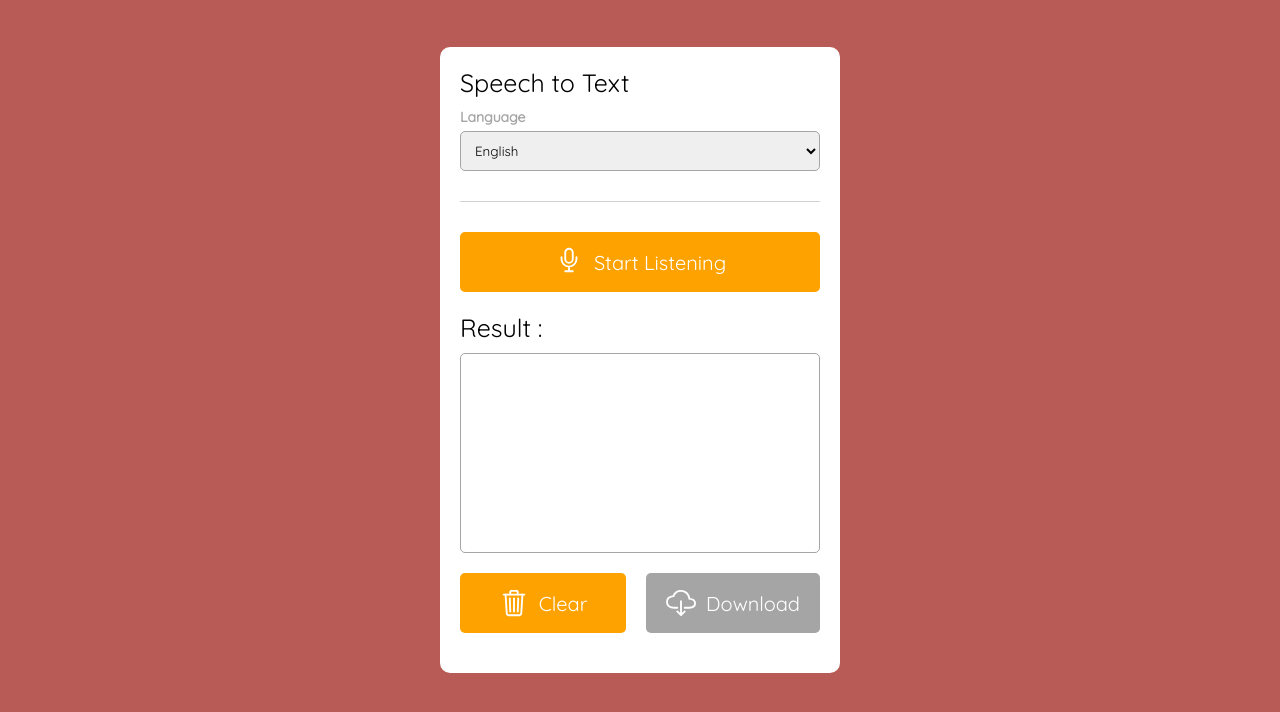
Repository: tsthuy/SpeechToText
Page: index.html
The author's editor kept a copy of each file at every save. The page is drawn from the files as they stood at one save, then again after the next save.
The browser window is 1280 px wide. The pictures show the whole page.

Above is the page before, as saved 2023-08-28 03:16:52.

### index.html
<!DOCTYPE html>
<html lang="en">
  <head>
    <meta charset="UTF-8" />
    <meta http-equiv="X-UA-Compatible" content="IE=edge" />
    <meta name="viewport" content="width=device-width, initial-scale=1.0" />
    <link href="./images/text-to-speech.png" rel="shortcut icon" type="image/vnd.microsoft.icon" />
    <link rel="stylesheet" href="style.css" />
    <link href='https://fonts.googleapis.com/css?family=Quicksand' rel='stylesheet'>
    <title>Speech to Text</title>
  </head>
  <body>
    <div class="container">
      <p class="heading">Speech to Text</p>
      <div class="options">
        <div class="anguage">
          <p>Language</p>
          <select name="input-language" id="language"></select>
        </div>
      </div>
      <div class="line"></div>
      <button class="btn record">
        <div class="icon">
          <ion-icon name="mic-outline"></ion-icon>
          <img src="record.svg" alt="" />
        </div>
        <p>Start Listening</p>
      </button>
      <p class="heading">Result :</p>
      <div
        class="result"
        spellcheck="false"
        placeholder="Text will be shown here"
      >
        <p class="interim"></p>
      </div>
      <div class="buttons">
        <button class="btn clear">
          <ion-icon name="trash-outline"></ion-icon>
          <p>Clear</p>
        </button>
        <button class="btn download" disabled>
          <ion-icon name="cloud-download-outline"></ion-icon>
          <p>Download</p>
        </button>
      </div>
    </div>

    <!-- IONICONS -->
    <script
      type="module"
      src="https://unpkg.com/ionicons@5.5.2/dist/ionicons/ionicons.esm.js"
    ></script>
    <script
      nomodule
      src="https://unpkg.com/ionicons@5.5.2/dist/ionicons/ionicons.js"
    ></script>

    <!-- LANGUAGES -->
    <script src="languages.js"></script>

    <!-- SCRIPT -->
    <script src="script.js"></script>
  </body>
</html>

### style.css

:root {
  --primary-color: #FEA200;
  --bg-color: #fff;
  --text-color: #000;
  --light-text-color: #a5a5a5;
  --body-bg-color: #B85B56;
}
* {
  margin: 0;
  padding: 0;
  box-sizing: border-box;
  font-family: "Quicksand", sans-serif;
}
body {
  min-height: 100vh;
  display: flex;
  align-items: center;
  justify-content: center;
  background-color: var(--body-bg-color);
  color: var(--text-color);
}
.container {
  width: 400px;
  padding: 20px;
  border-radius: 10px;
  background-color: var(--bg-color);
}
.container .heading {
  font-size: 25px;
  font-weight: 500;
  margin-bottom: 10px;
}
.container .options select {
  width: 100%;
  padding: 10px;
  border: 1px solid var(--light-text-color);
  border-radius: 5px;
  outline: none;
}
.container .options div:not(:last-child) select {
  margin-bottom: 20px;
}

.container .options p {
  font-size: 14px;
  font-weight: 600;
  margin-bottom: 5px;
  color: var(--light-text-color);
}
.container .line {
  position: relative;
  width: 100%;
  height: 1px;
  background-color: var(--light-text-color);
  opacity: 0.5;
  margin: 30px 0;
}
.btn {
  display: flex;
  align-items: center;
  justify-content: center;
  gap: 10px;
  margin-bottom: 20px;
  height: 60px;
  padding: 20px;
  width: 100%;
  outline: none;
  border: none;
  border-radius: 5px;
  font-size: 20px;
  font-weight: 500;
  cursor: pointer;
  color: #fff;
  background-color: var(--primary-color);
}
.btn ion-icon {
  font-size: 30px;
}
.btn:disabled {
  background-color: var(--light-text-color);
  cursor: not-allowed;
}
.container .record img {
  width: 30px;
  height: 30px;
  display: none;
}
.container .record.recording img {
  display: block;
}
.container .record.recording ion-icon {
  display: none;
}
.container .result {
  width: 100%;
  min-height: 200px;
  padding: 10px;
  border: 1px solid var(--light-text-color);
  border-radius: 5px;
  font-size: 18px;
  font-weight: 500;
  margin-bottom: 20px;
  color: var(--text-color);
}
.container .result p {
  display: inline;
  margin-left: 3px;
  color: var(--light-text-color);
}
.buttons {
  display: flex;
  gap: 20px;
}

### languages.js
const languages = [
  {
    no: "16",
    name: "English",
    native: "English",
    code: "en",
  },
  {
    no: "1",
    name: "Afrikaans",
    native: "Afrikaans",
    code: "af",
  },
  {
    no: "2",
    name: "Albanian",
    native: "Shqip",
    code: "sq",
  },
  {
    no: "3",
    name: "Arabic",
    native: "عربي",
    code: "ar",
  },
  {
    no: "4",
    name: "Armenian",
    native: "Հայերէն",
    code: "hy",
  },
  {
    no: "5",
    name: "Azerbaijani",
    native: "آذربایجان دیلی",
    code: "az",
  },
  {
    no: "6",
    name: "Basque",
    native: "Euskara",
    code: "eu",
  },
  {
    no: "7",
    name: "Belarusian",
    native: "Беларуская",
    code: "be",
  },
  {
    no: "8",
    name: "Bulgarian",
    native: "Български",
    code: "bg",
  },
  {
    no: "9",
    name: "Catalan",
    native: "Català",
    code: "ca",
  },
  {
    no: "10",
    name: "Chinese (Simplified)",
    native: "中文简体",
    code: "zh-CN",
  },
  {
    no: "11",
    name: "Chinese (Traditional)",
    native: "中文繁體",
    code: "zh-TW",
  },
  {
    no: "12",
    name: "Croatian",
    native: "Hrvatski",
    code: "hr",
  },
  {
    no: "13",
    name: "Czech",
    native: "Čeština",
    code: "cs",
  },
  {
    no: "14",
    name: "Danish",
    native: "Dansk",
    code: "da",
  },
  {
    no: "15",
    name: "Dutch",
    native: "Nederlands",
    code: "nl",
  },
  {
    no: "17",
    name: "Estonian",
    native: "Eesti keel",
    code: "et",
  },
  {
    no: "18",
    name: "Filipino",
    native: "Filipino",
    code: "tl",
  },
  {
    no: "19",
    name: "Finnish",
    native: "Suomi",
    code: "fi",
  },
  {
    no: "20",
    name: "French",
    native: "Français",
    code: "fr",
  },
  {
    no: "21",
    name: "Galician",
    native: "Galego",
    code: "gl",
  },
  {
    no: "22",
    name: "Georgian",
    native: "ქართული",
    code: "ka",
  },
  {
    no: "23",
    name: "German",
    native: "Deutsch",
    code: "de",
  },
  {
    no: "24",
    name: "Greek",
    native: "Ελληνικά",
    code: "el",
  },
  {
    no: "25",
    name: "Haitian Creole",
    native: "Kreyòl ayisyen",
    code: "ht",
  },
  {
    no: "26",
    name: "Hebrew",
    native: "עברית",
    code: "iw",
  },
  {
    no: "27",
    name: "Hindi",
    native: "हिन्दी",
    code: "hi",
  },
  {
    no: "28",
    name: "Hungarian",
    native: "Magyar",
    code: "hu",
  },
  {
    no: "29",
    name: "Icelandic",
    native: "Íslenska",
    code: "is",
  },
  {
    no: "30",
    name: "Indonesian",
    native: "Bahasa Indonesia",
    code: "id",
  },
  {
    no: "31",
    name: "Irish",
    native: "Gaeilge",
    code: "ga",
  },
  {
    no: "32",
    name: "Italian",
    native: "Italiano",
    code: "it",
  },
  {
    no: "33",
    name: "Japanese",
    native: "日本語",
    code: "ja",
  },
  {
    no: "34",
    name: "Korean",
    native: "한국어",
    code: "ko",
  },
  {
    no: "35",
    name: "Latvian",
    native: "Latviešu",
    code: "lv",
  },
  {
    no: "36",
    name: "Lithuanian",
    native: "Lietuvių kalba",
    code: "lt",
  },
  {
    no: "37",
    name: "Macedonian",
    native: "Македонски",
    code: "mk",
  },
  {
    no: "38",
    name: "Malay",
    native: "Malay",
    code: "ms",
  },
  {
    no: "39",
    name: "Maltese",
    native: "Malti",
    code: "mt",
  },
  {
    no: "40",
    name: "Norwegian",
    native: "Norsk",
    code: "no",
  },
  {
    no: "41",
    name: "Persian",
    native: "فارسی",
    code: "fa",
  },
  {
    no: "42",
    name: "Polish",
    native: "Polski",
    code: "pl",
  },
  {
    no: "43",
    name: "Portuguese",
    native: "Português",
    code: "pt",
  },
  {
    no: "44",
    name: "Romanian",
    native: "Română",
    code: "ro",
  },
  {
    no: "45",
    name: "Russian",
    native: "Русский",
    code: "ru",
  },
  {
    no: "46",
    name: "Serbian",
    native: "Српски",
    code: "sr",
  },
  {
    no: "47",
    name: "Slovak",
    native: "Slovenčina",
    code: "sk",
  },
  {
    no: "48",
    name: "Slovenian",
    native: "Slovensko",
    code: "sl",
  },
  {
    no: "49",
    name: "Spanish",
    native: "Español",
    code: "es",
  },
  {
    no: "50",
    name: "Swahili",
    native: "Kiswahili",
    code: "sw",
  },
  {
    no: "51",
    name: "Swedish",
    native: "Svenska",
    code: "sv",
  },
  {
    no: "52",
    name: "Thai",
    native: "ไทย",
    code: "th",
  },
  {
    no: "53",
    name: "Turkish",
    native: "Türkçe",
    code: "tr",
  },
  {
    no: "54",
    name: "Ukrainian",
    native: "Українська",
    code: "uk",
  },
  {
    no: "55",
    name: "Urdu",
    native: "اردو",
    code: "ur",
  },
  {
    no: "56",
    name: "Vietnamese",
    native: "Tiếng Việt",
    code: "vi",
  },
  {
    no: "57",
    name: "Welsh",
    native: "Cymraeg",
    code: "cy",
  },
  {
    no: "58",
    name: "Yiddish",
    native: "ייִדיש",
    code: "yi",
  },
];

### script.js
const recordBtn = document.querySelector(".record"),
  result = document.querySelector(".result"),
  downloadBtn = document.querySelector(".download"),
  inputLanguage = document.querySelector("#language"),
  clearBtn = document.querySelector(".clear");

let SpeechRecognition =
    window.SpeechRecognition || window.webkitSpeechRecognition,
  recognition,
  recording = false;

function populateLanguages() {
  languages.forEach((lang) => {
    const option = document.createElement("option");
    option.value = lang.code;
    option.innerHTML = lang.name;
    inputLanguage.appendChild(option);
  });
}

populateLanguages();

function speechToText() {
  try {
    recognition = new SpeechRecognition();
    recognition.lang = inputLanguage.value;
    recognition.interimResults = true;
    recordBtn.classList.add("recording");
    recordBtn.querySelector("p").innerHTML = "Listening...";
    recognition.start();
    recognition.onresult = (event) => {
      const speechResult = event.results[0][0].transcript;
      //detect when intrim results
      if (event.results[0].isFinal) {
        result.innerHTML += " " + speechResult;
        result.querySelector("p").remove();
      } else {
        //creative p with class interim if not already there
        if (!document.querySelector(".interim")) {
          const interim = document.createElement("p");
          interim.classList.add("interim");
          result.appendChild(interim);
        }
        //update the interim p with the speech result
        document.querySelector(".interim").innerHTML = " " + speechResult;
      }
      downloadBtn.disabled = false;
    };
    recognition.onspeechend = () => {
      speechToText();
    };
    recognition.onerror = (event) => {
      stopRecording();
      if (event.error === "no-speech") {
        alert("No speech was detected. Stopping...");
      } else if (event.error === "audio-capture") {
        alert(
          "No microphone was found. Ensure that a microphone is installed."
        );
      } else if (event.error === "not-allowed") {
        alert("Permission to use microphone is blocked.");
      } else if (event.error === "aborted") {
        alert("Listening Stopped.");
      } else {
        alert("Error occurred in recognition: " + event.error);
      }
    };
  } catch (error) {
    recording = false;

    console.log(error);
  }
}

recordBtn.addEventListener("click", () => {
  if (!recording) {
    speechToText();
    recording = true;
  } else {
    stopRecording();
  }
});

function stopRecording() {
  recognition.stop();
  recordBtn.querySelector("p").innerHTML = "Start Listening";
  recordBtn.classList.remove("recording");
  recording = false;
}

function download() {
  const text = result.innerText;
  const filename = "speech.txt";

  const element = document.createElement("a");
  element.setAttribute(
    "href",
    "data:text/plain;charset=utf-8," + encodeURIComponent(text)
  );
  element.setAttribute("download", filename);
  element.style.display = "none";
  document.body.appendChild(element);
  element.click();
  document.body.removeChild(element);
}

downloadBtn.addEventListener("click", download);

clearBtn.addEventListener("click", () => {
  result.innerHTML = "";
  downloadBtn.disabled = true;
});

After the next save:
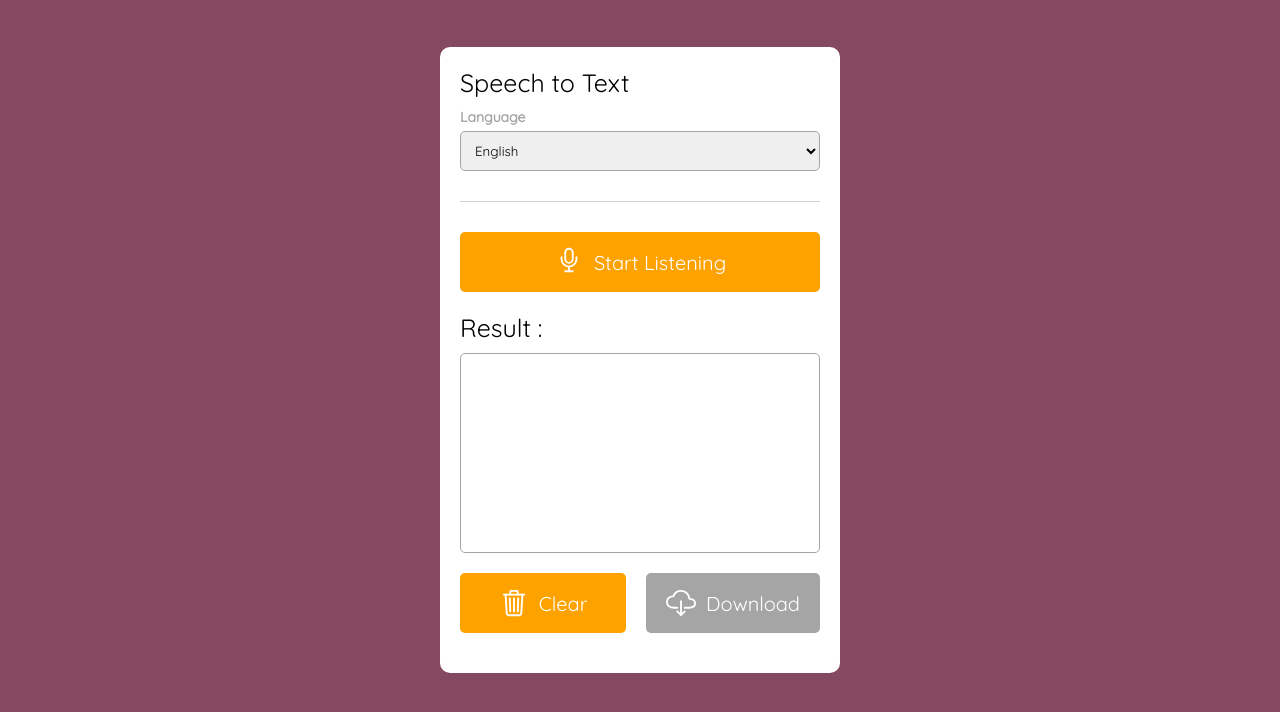
Saved 29 s later.
--- a/style.css
+++ b/style.css
@@ -4,7 +4,7 @@
   --bg-color: #fff;
   --text-color: #000;
   --light-text-color: #a5a5a5;
-  --body-bg-color: #B85B56;
+  --body-bg-color: #84495F;
 }
 * {
   margin: 0;

After the save that followed:
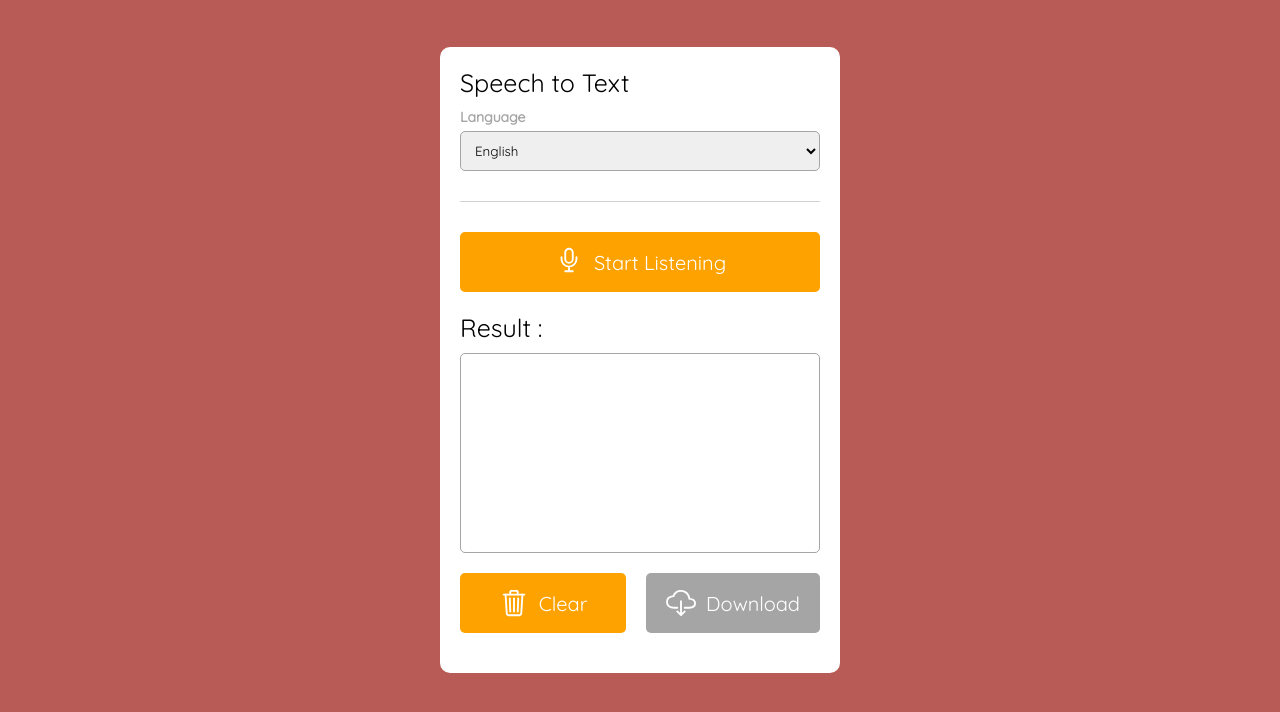
Saved 17 s later.
--- a/style.css
+++ b/style.css
@@ -4,7 +4,7 @@
   --bg-color: #fff;
   --text-color: #000;
   --light-text-color: #a5a5a5;
-  --body-bg-color: #84495F;
+  --body-bg-color: #B85B56;
 }
 * {
   margin: 0;
